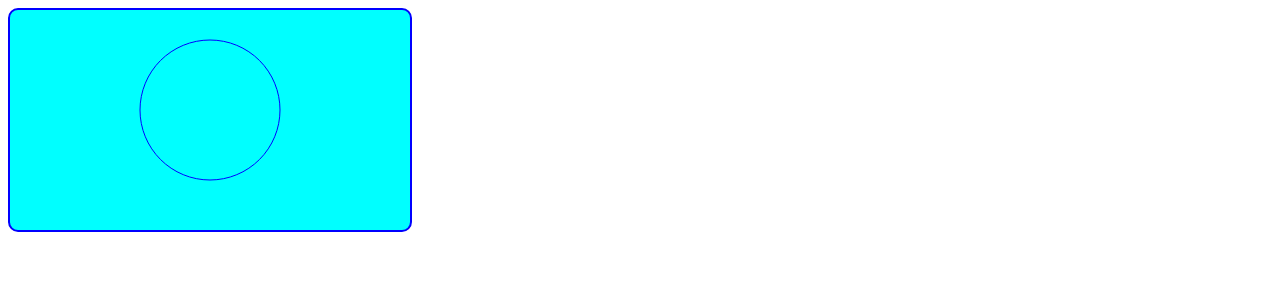
Repository: Tan-Khang21/TH_TKW--Buoi_05
Page: Bai_Tap_Ve_Nha/Bai_01/canvas10.html
An editor plug-in stored every save of this project. The page is shown before and after the next save, followed by the edit.
The browser window is 1280 px wide. The pictures show the whole page.

Above is the page before, as saved 2024-03-10 21:32:23.

After the next save:
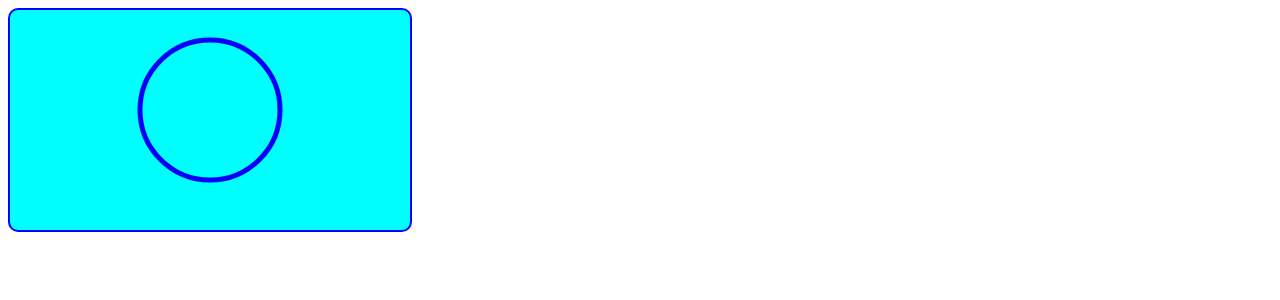
Saved 50 s later.
--- a/Bai_Tap_Ve_Nha/Bai_01/canvas10.html
+++ b/Bai_Tap_Ve_Nha/Bai_01/canvas10.html
@@ -22,6 +22,7 @@
       ctx.beginPath();
       ctx.arc(200, 100, 70, 0, 2 * Math.PI);
       ctx.strokeStyle = "blue";
+      ctx.lineWidth = 5;
       ctx.stroke();
     </script>
   </body>
